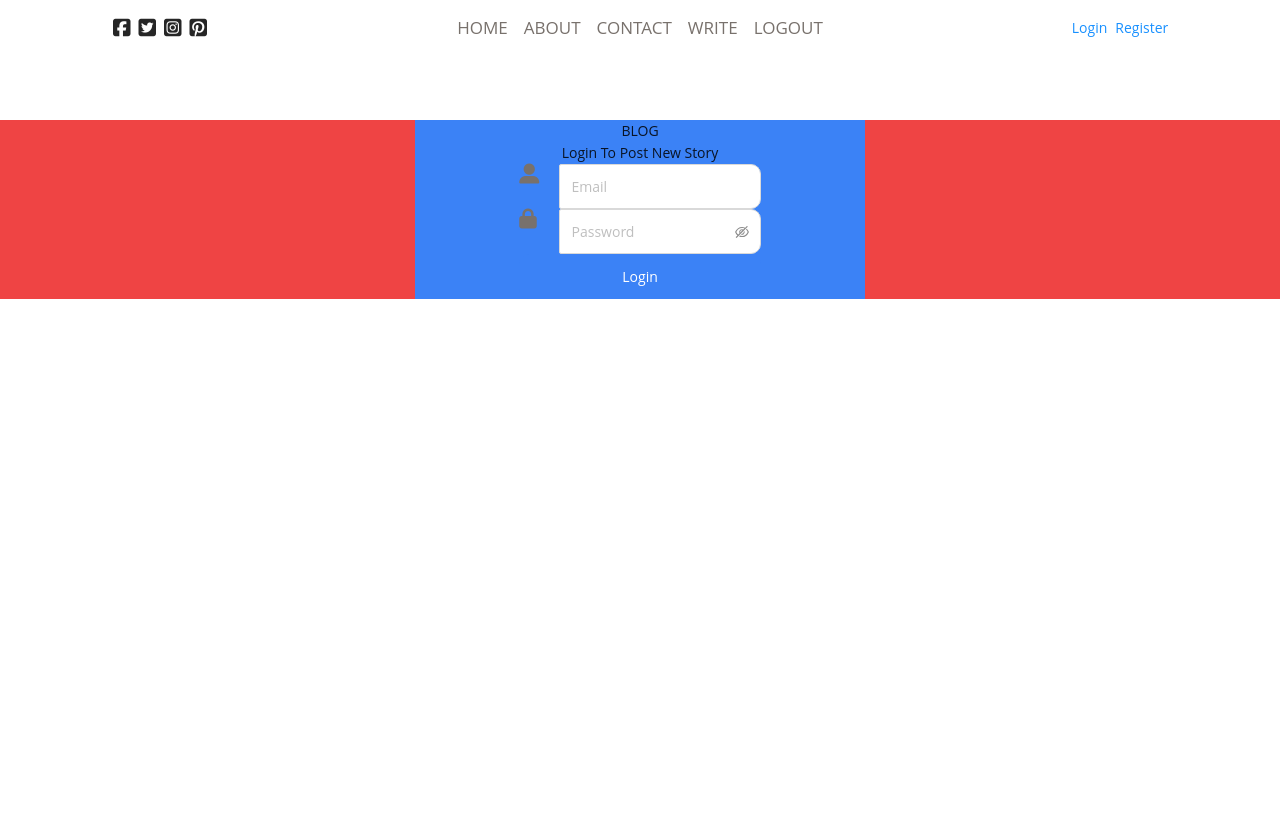
Repository: truongnguyenuit/Blog_App_ver2
Page: /login (app in client/)
The author's editor kept a copy of each file at every save. The page is drawn from the files as they stood at one save, then again after a run of saves.
The browser window is 1280 px wide. The pictures show the whole page.
Some web libraries are served in a nearby version. The project was rebuilt for these pictures with package versions that can differ from the ones it lists, and the page was loaded fresh each time. Also part of the build but not shown: client/src/components/AboutComponent.js, client/src/pages/HomePage.js, client/src/pages/RegisterPage.js.

Above is the page before, as saved 2022-07-18 11:37:08.

### client/public/index.html
<!DOCTYPE html>
<html lang="en">
  <head>

    <meta charset="utf-8" />
    <meta name="viewport" content="width=device-width, initial-scale=1" />
    <meta
      name="description"
      content="Web site created using create-react-app"
    />
    <style>
      *{
        font-family: 'Open Sans', sans-serif;
        margin: 0;
      }
    </style>
    <script src="https://kit.fontawesome.com/cd2089affa.js" crossorigin="anonymous"></script>
    <title>Blog App</title>

  </head>
  <body>

    <noscript>You need to enable JavaScript to run this app.</noscript>
    <div id="root"></div>

  </body>
</html>

### client/src/index.js
import React from 'react';
import ReactDOM from 'react-dom/client';
import './index.css';
import App from './App';
import 'antd/dist/antd.min.css'


const root = ReactDOM.createRoot(document.getElementById('root'));
root.render(
  <React.StrictMode>
    <App />
  </React.StrictMode>
);

### client/src/App.js
import { BrowserRouter, Route, Routes } from "react-router-dom";
import { configRouter } from './router/configRouter';
import NavbarComponent from './components/NavbarComponent';
function App() {
  return (
    <div>
      <BrowserRouter>
        <div className="fixed top-0 left-0 right-0 z-10">
          <NavbarComponent />
        </div>
        <div className="mt-[50px]"></div>
        <Routes>
          {configRouter.map((item, index) => {
            return (
              <Route
                key={index}
                path={item.path}
                element={item.page}
              />
            );
          })}

        </Routes>

      </BrowserRouter>
    </div>
  );
}

export default App;

### client/src/router/configRouter.js
import HomePage from "../pages/HomePage";
import LoginPage from "../pages/LoginPage";
import RegisterPage from "../pages/RegisterPage";
import { pathName } from "./pathName";

export const configRouter=[
  {
    path: pathName.home,
    page: <HomePage/>,
  },
  {
    path: pathName.login,
    page: <LoginPage/>,
  },
  {
    path: pathName.register,
    page: <RegisterPage/>
  }
]

### client/src/components/NavbarComponent.js
import React from 'react'
import { Link } from "react-router-dom";
import { Row, Col } from "antd"
import { pathName } from '../router/pathName';

const NavigateRouter = [
  {
    path: "",
    name: "HOME",
  },
  {
    path: "",
    name: "ABOUT",
  },
  {
    path: "",
    name: "CONTACT",
  },
  {
    path: "",
    name: "WRITE",
  },
  {
    path: "",
    name: "LOGOUT",
  },
];

const NavbarComponent = () => {
  return (
    <div className="bg-white">
      <Row >

        <Col span={6} className="h-14">
          <div className="flex justify-center items-center text-[20px] gap-2 h-14">
            <i className="fa-brands fa-facebook-square cursor-pointer"></i>
            <i className="fa-brands fa-twitter-square cursor-pointer"></i>
            <i className="fa-brands fa-instagram-square cursor-pointer"></i>
            <i className="fa-brands fa-pinterest-square cursor-pointer"></i>
          </div>
        </Col>

        <Col span={12} className="h-14">
          <nav>
            <ul className="flex justify-center items-center text-[17px] gap-4 h-14">
              {NavigateRouter.map((item, index) => {
                return (
                  <li key={index}>
                    <Link to={item.path} className="text-stone-500 hover:text-stone-400">
                      {item.name}
                    </Link>
                  </li>
                );

              })}
            </ul>
          </nav>
        </Col>

        <Col span={6} className="h-14">
          <div className="flex justify-center items-center gap-2 h-14">
            <Link to={pathName.login}>
              Login
            </Link>
            <Link to={pathName.register}>
              Register
            </Link>
          </div>
        </Col>

      </Row>
    </div>
  )
}

export default NavbarComponent

### client/src/pages/LoginPage.js
import React from 'react'
import { Button, Input, Row, Col } from "antd";
import { pathName } from "../router/pathName";
import { Link, useNavigate } from "react-router-dom";
const LoginPage = () => {
  return (
    <div className='bg-red-500  mt-[120px] flex justify-center'>
      <div className="bg-blue-500 w-[450px] flex flex-col items-center">
        <span>
          BLOG
        </span>
        <span className="s">
          Login To Post New Story
        </span>
        <form onSubmit={''}>
          <Row>
            <Col span={4}>
              <i className="fa-solid fa-user-large text-[20px] text-stone-500"></i>

            </Col>
            <Col span={20}>
              <Input
                placeholder="Email"
                style={{
                  height: 45,
                  borderTopRightRadius: 10,
                  borderBottomRightRadius: 10,
                }}
              />
            </Col>
          </Row>
          <Row>
            <Col span={4}>
              <i className="fa-solid fa-lock text-[20px] text-stone-500"></i>
            </Col>
            <Col span={20}>
              <Input.Password
                placeholder="Password"
                visibilityToggle={true}
                style={{
                  height: 45,
                  borderTopRightRadius: 10,
                  borderBottomRightRadius: 10,
                }}
              />
            </Col>
          </Row>
          <Row>
              <Col span={24}>
                <button
                  type="submit"
                  className="bg-blue-500 w-full h-[45px] text-white rounded-[10px]"
                >
                  Login
                </button>
              </Col>
            </Row>
        </form>
      </div>

    </div>
  )
}

export default LoginPage

### client/src/router/pathName.js
export const pathName = {
  home: "/",

  login: "/login",
  register: "/register",

}

### client/tailwind.config.js
/** @type {import('tailwindcss').Config} */
module.exports = {
  content: ["./src/**/*.{html,js,jsx,ts}"],
  theme: {
    extend: {},
  },
  plugins: [],
}

Loaded but not shown: client/src/index.css (common file)

After the next 2 saves:
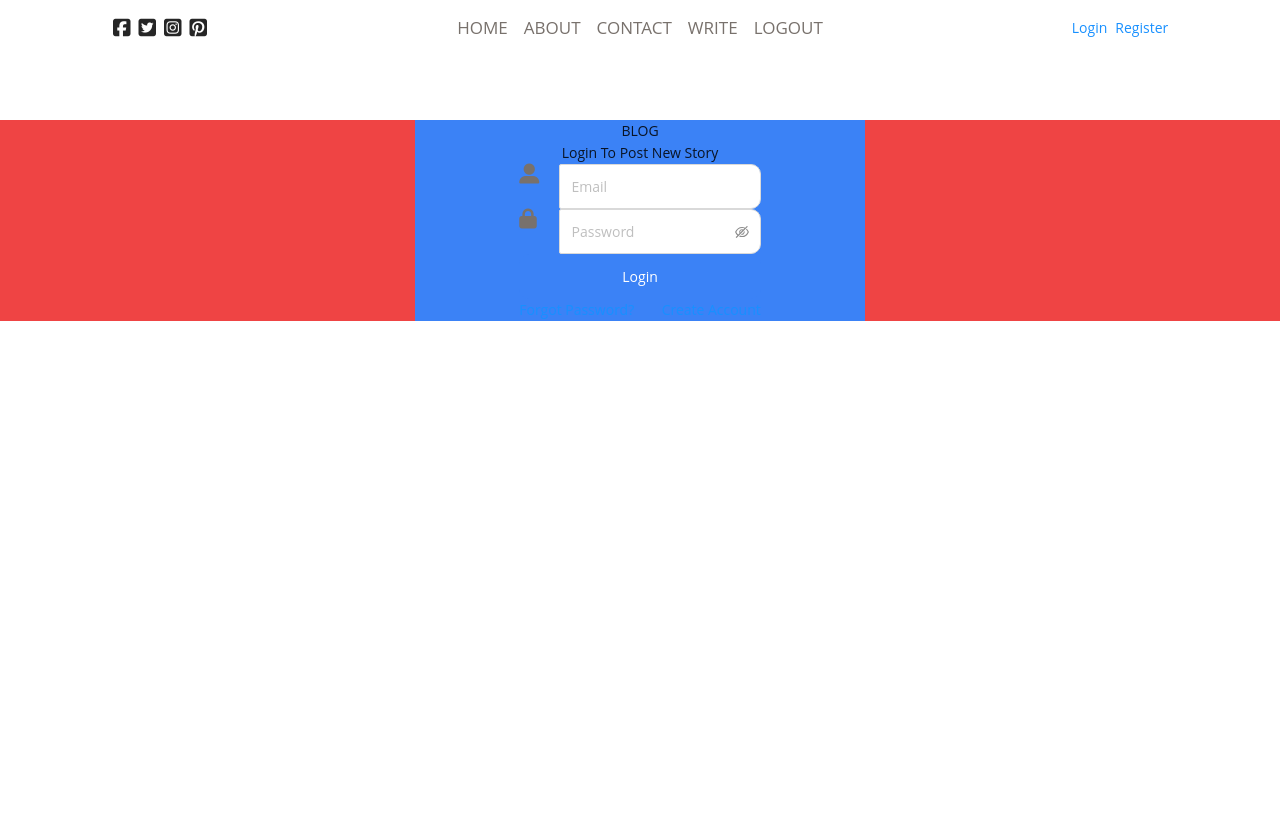
The 2 saves are shown as one change because they came seconds apart.
The last was saved 29 s later.
--- a/client/src/pages/LoginPage.js
+++ b/client/src/pages/LoginPage.js
@@ -46,15 +46,23 @@ const LoginPage = () => {
             </Col>
           </Row>
           <Row>
-              <Col span={24}>
-                <button
-                  type="submit"
-                  className="bg-blue-500 w-full h-[45px] text-white rounded-[10px]"
-                >
-                  Login
-                </button>
-              </Col>
-            </Row>
+            <Col span={24}>
+              <button
+                type="submit"
+                className="bg-blue-500 w-full h-[45px] text-white rounded-[10px]"
+              >
+                Login
+              </button>
+            </Col>
+          </Row>
+          <Row>
+            <Col span={24}>
+              <div className="w-full flex justify-between">
+                <Link to={pathName.reretPassword}>Forgot Password?</Link>
+                <Link to={pathName.register}>Create Account</Link>
+              </div>
+            </Col>
+          </Row>
         </form>
       </div>
 
